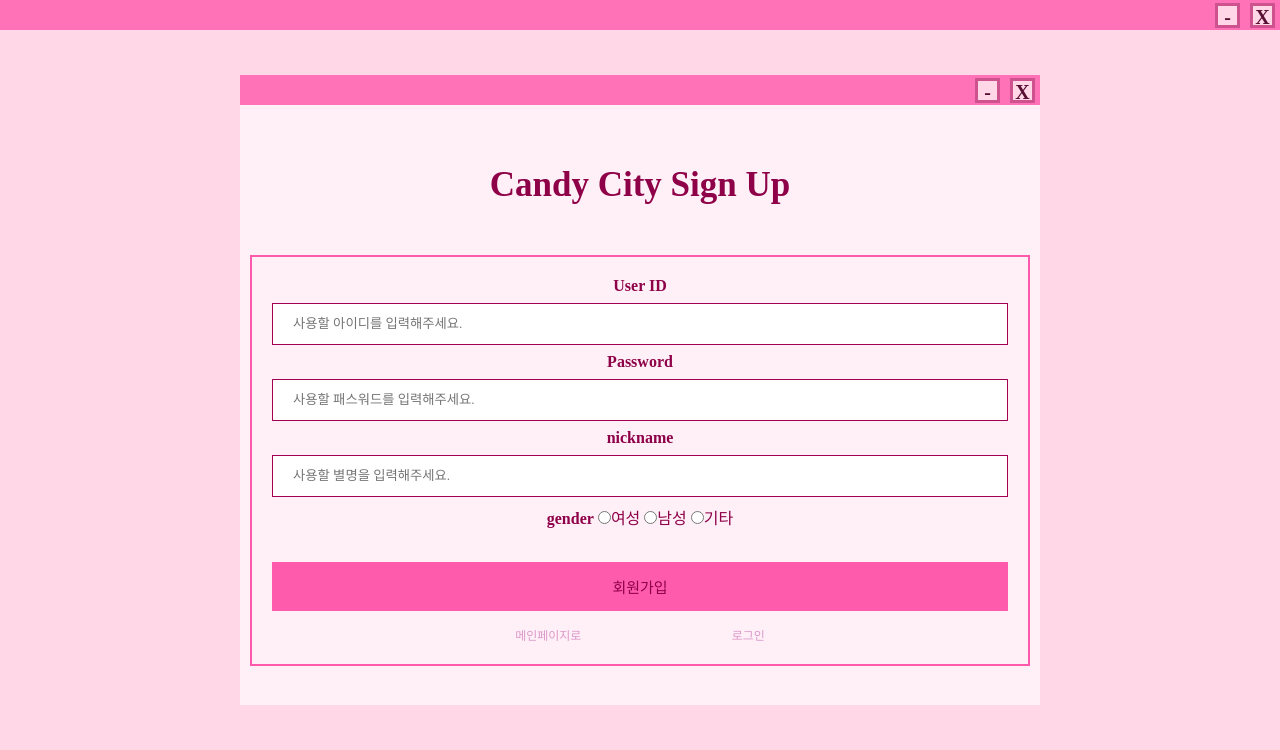
Repository: chanbiM/candyCityProject
Page: http://localhost/CandyCityProj/member/insertMember.jsp
These files come from the project's save history. The page is drawn as it stood at one moment and after a run of saves; the edit follows.
The browser window is 1280 px wide. The pictures show the whole page.
Some web fonts or font styles are not loaded; a fallback is used. The page is served by Tomcat 9.

Above is the page before, as saved 2022-11-12 05:02:51.

After the next 2 saves:
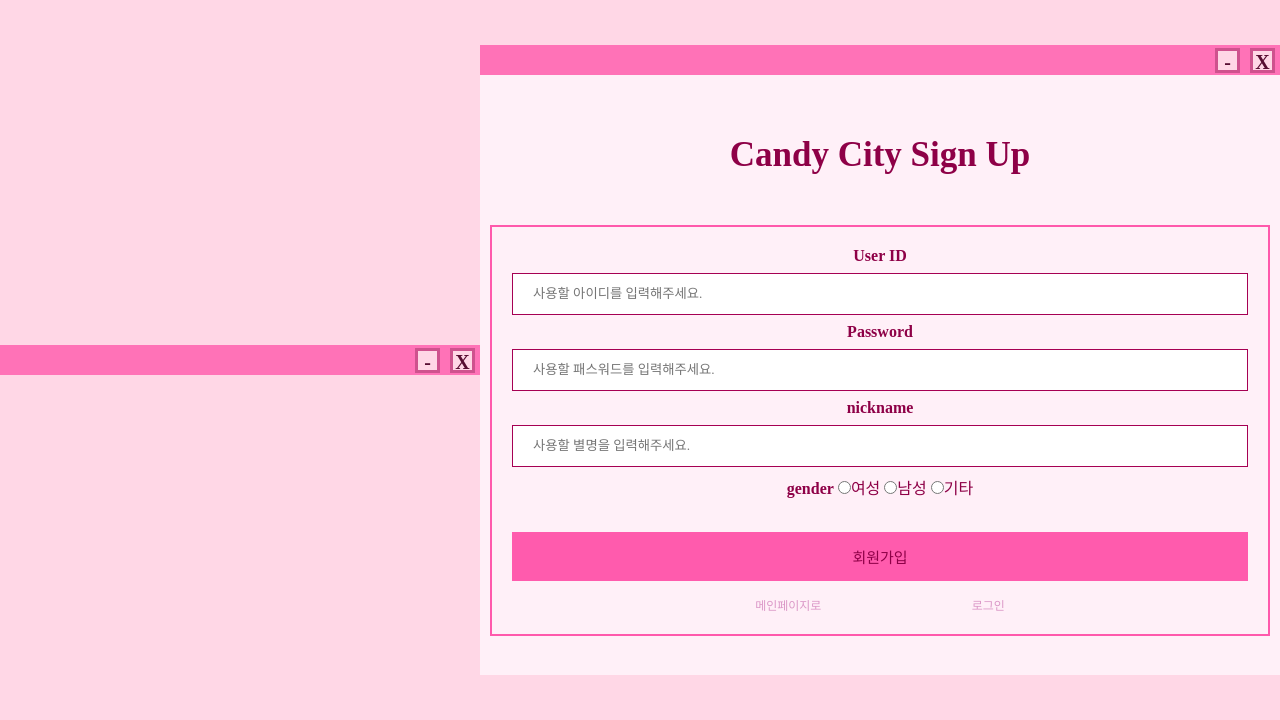
The 2 saves are shown as one change because they came seconds apart.
The last was saved 27 s later.
--- a/CandyCityProj/WebContent/member/insertMember.jsp
+++ b/CandyCityProj/WebContent/member/insertMember.jsp
@@ -9,11 +9,12 @@
 <link rel="stylesheet" href="/css/loginStyle.css">
 </head>
 <body>
-	<div class="window">
-		<button class="widow_btn" id="-_btn">-</button>
-		<button class="widow_btn" id="x_btn">X</button>
-	</div>
+
 	<div class="wrapper">
+		<div class="window">
+			<button class="widow_btn" id="-_btn">-</button>
+			<button class="widow_btn" id="x_btn">X</button>
+		</div>
 
 		<div class="login">
 			<div class="window">
@@ -27,21 +28,15 @@
 
 				<div class="login_center">
 					<label><b>User ID</b></label> <input type="text"
-						placeholder="사용할 아이디를 입력해주세요." name="id">
+						placeholder="사용할 아이디를 입력해주세요." name="id"> <label><b>Password</b></label>
+					<input type="password" placeholder="사용할 패스워드를 입력해주세요." name="pwd">
 
-						<label><b>Password</b></label>
-						<input type="password" placeholder="사용할 패스워드를 입력해주세요." name="pwd">
-
-						<label><b>nickname</b> <input type="text"
-						placeholder="사용할 별명을 입력해주세요." name="name"></label>
-
-						<label><b>gender</b></label>
-						 <input type="radio" name="gender" value="F">여성
-							<input type="radio" name="gender" value="M">남성
-							<input type="radio" name="gender" value="E">기타
-						<br><br>
-
-						<input type="submit" value="회원가입">
+					<label><b>nickname</b> <input type="text"
+						placeholder="사용할 별명을 입력해주세요." name="name"></label> <label><b>gender</b></label>
+					<input type="radio" name="gender" value="F">여성 <input
+						type="radio" name="gender" value="M">남성 <input
+						type="radio" name="gender" value="E">기타 <br>
+					<br> <input type="submit" value="회원가입">
 
 					<ul>
 						<li><a href="../index.jsp"> 메인페이지로 </a></li>

After the save that followed:
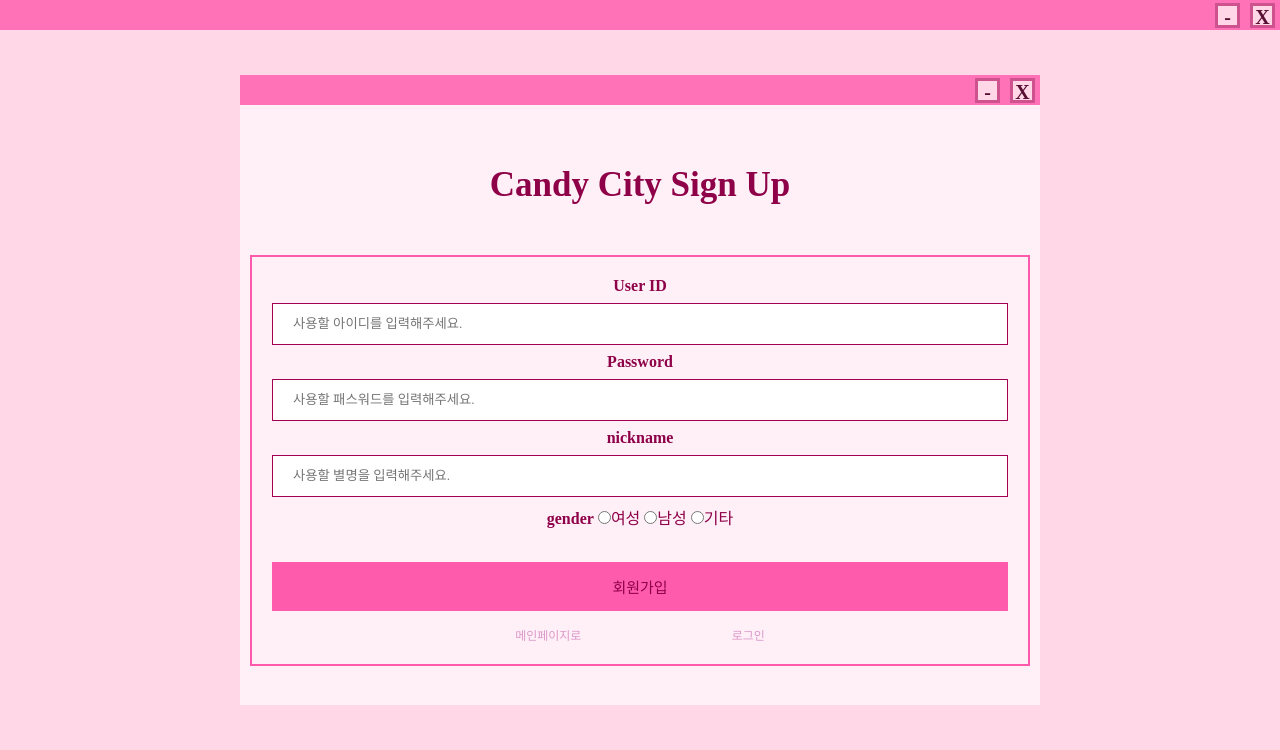
Saved 104 s later.
--- a/CandyCityProj/WebContent/member/insertMember.jsp
+++ b/CandyCityProj/WebContent/member/insertMember.jsp
@@ -9,12 +9,11 @@
 <link rel="stylesheet" href="/css/loginStyle.css">
 </head>
 <body>
-
+	<div class="window">
+		<button class="widow_btn" id="-_btn">-</button>
+		<button class="widow_btn" id="x_btn">X</button>
+	</div>
 	<div class="wrapper">
-		<div class="window">
-			<button class="widow_btn" id="-_btn">-</button>
-			<button class="widow_btn" id="x_btn">X</button>
-		</div>
 
 		<div class="login">
 			<div class="window">
@@ -28,15 +27,21 @@
 
 				<div class="login_center">
 					<label><b>User ID</b></label> <input type="text"
-						placeholder="사용할 아이디를 입력해주세요." name="id"> <label><b>Password</b></label>
-					<input type="password" placeholder="사용할 패스워드를 입력해주세요." name="pwd">
+						placeholder="사용할 아이디를 입력해주세요." name="id">
 
-					<label><b>nickname</b> <input type="text"
-						placeholder="사용할 별명을 입력해주세요." name="name"></label> <label><b>gender</b></label>
-					<input type="radio" name="gender" value="F">여성 <input
-						type="radio" name="gender" value="M">남성 <input
-						type="radio" name="gender" value="E">기타 <br>
-					<br> <input type="submit" value="회원가입">
+						<label><b>Password</b></label>
+						<input type="password" placeholder="사용할 패스워드를 입력해주세요." name="pwd">
+
+						<label><b>nickname</b> <input type="text"
+						placeholder="사용할 별명을 입력해주세요." name="name"></label>
+
+						<label><b>gender</b></label>
+						 <input type="radio" name="gender" value="F">여성
+							<input type="radio" name="gender" value="M">남성
+							<input type="radio" name="gender" value="E">기타
+						<br><br>
+
+						<input type="submit" value="회원가입">
 
 					<ul>
 						<li><a href="../index.jsp"> 메인페이지로 </a></li>
